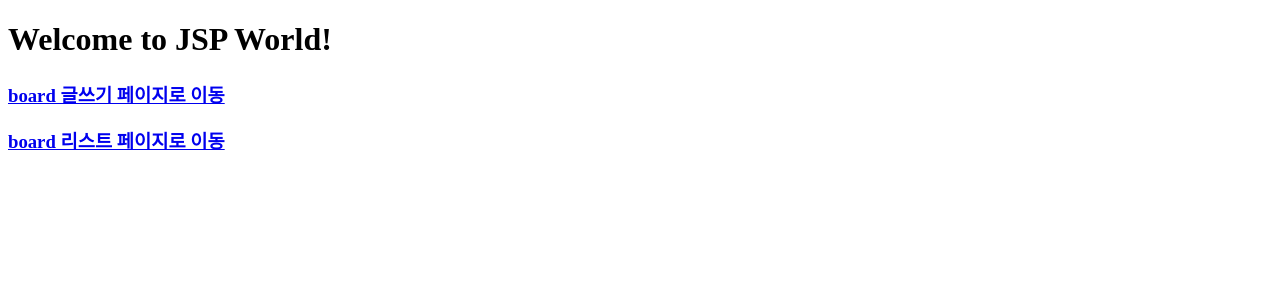
Repository: Umc404/jsp
Page: http://localhost/jsp_study/
An editor plug-in stored every save of this project. The page is shown before and after the next save, followed by the edit.
The browser window is 1280 px wide. The pictures show the whole page.
The page is served by Tomcat 9.

Above is the page before, as saved 2024-10-25 01:49:44.

After the next save:
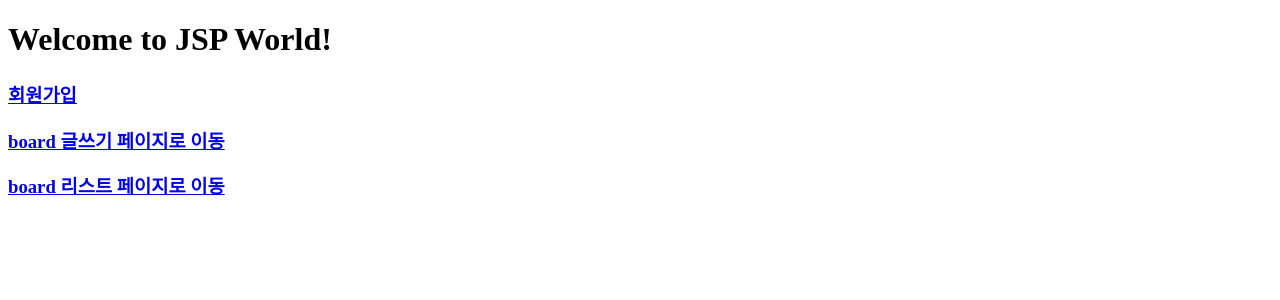
Saved 51 s later.
--- a/jsp_study/src/main/webapp/index.jsp
+++ b/jsp_study/src/main/webapp/index.jsp
@@ -8,7 +8,7 @@
 </head>
 <body>
 	<h1>Welcome to JSP World!</h1>
-
+	<h3><a href="/mem/join">회원가입</a></h3>
 	<!-- jsp의 모든 경로는 controller로 이동되개 해야함. -->
 	<h3><a href="/brd/register">board 글쓰기 페이지로 이동</a></h3>
 	<h3><a href="/brd/list">board 리스트 페이지로 이동</a></h3>
